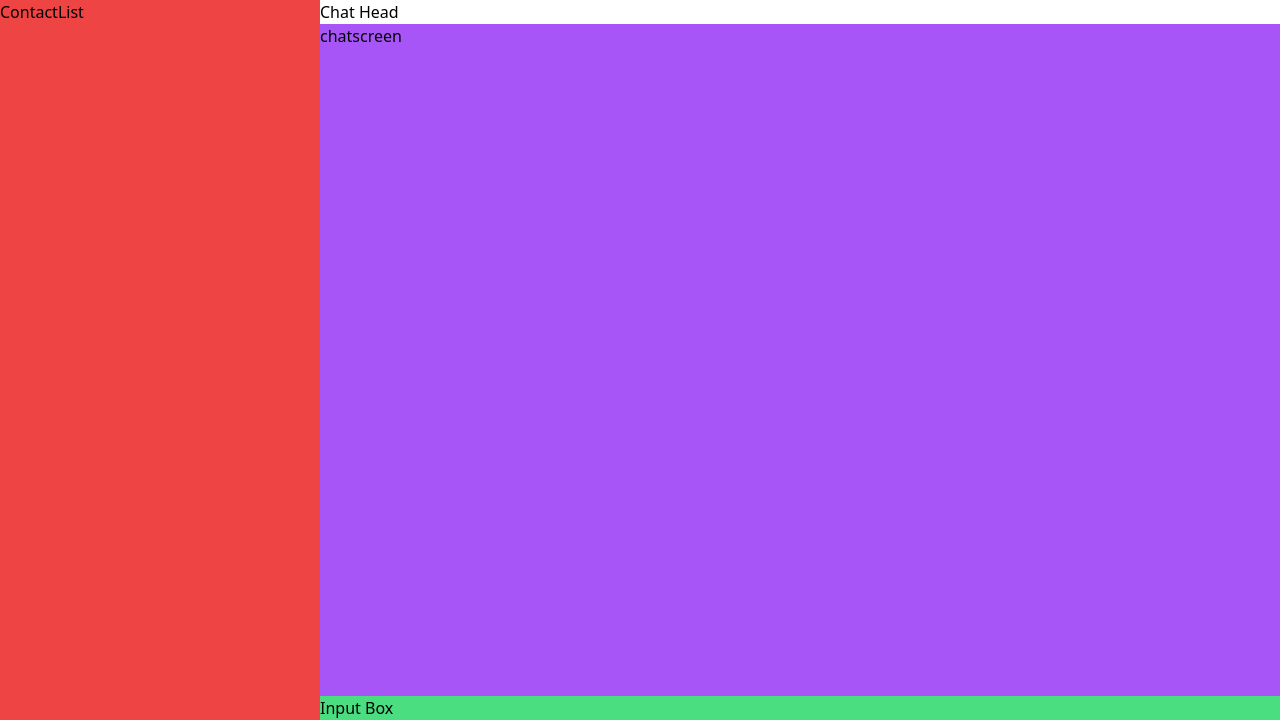
Repository: theanmol-raj/whatsapp
Page: /
These files come from the project's save history. The page is drawn as it stood at one moment and after the next save; the edit follows.
The browser window is 1280 px wide. The pictures show the whole page.
The project was rebuilt for these pictures with package versions that can differ from the ones it lists, and the page was loaded fresh each time.

Above is the page before, as saved 2022-12-02 22:18:03.

After the next save:
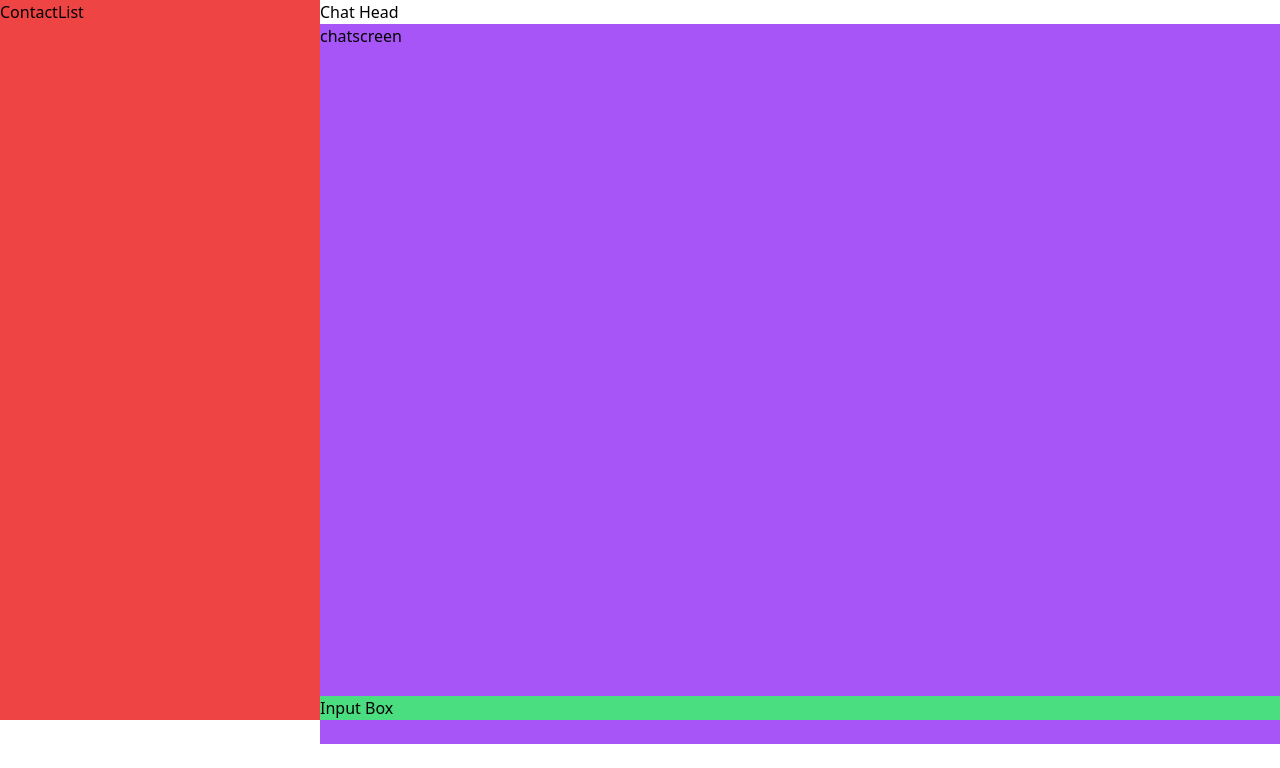
Saved 11 s later.
--- a/src/App.js
+++ b/src/App.js
@@ -3,7 +3,7 @@ import Homescreen from "./Screens/Homescreen";
 function App() {
 
   return (
-    <div className="h-screen overflow-y-hidden w-screen bg-slate-900">
+    <div className="h-screen overflow w-screen bg-slate-900">
       <Homescreen />
       {/* LoginScreen */}
     </div>
